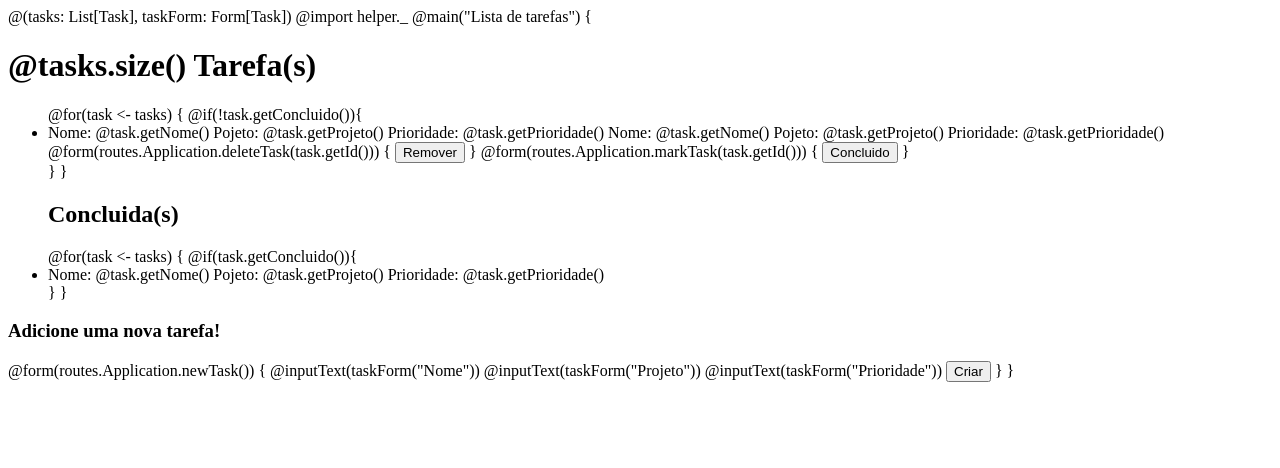
Repository: lcavalcante/si1
Page: lab2/.target/views/index.scala.html
These files come from the project's save history. The page is drawn as it stood at one moment and after the next save; the edit follows.
The browser window is 1280 px wide. The pictures show the whole page.

Above is the page before, as saved 2013-11-27 00:47:51.

After the next save:
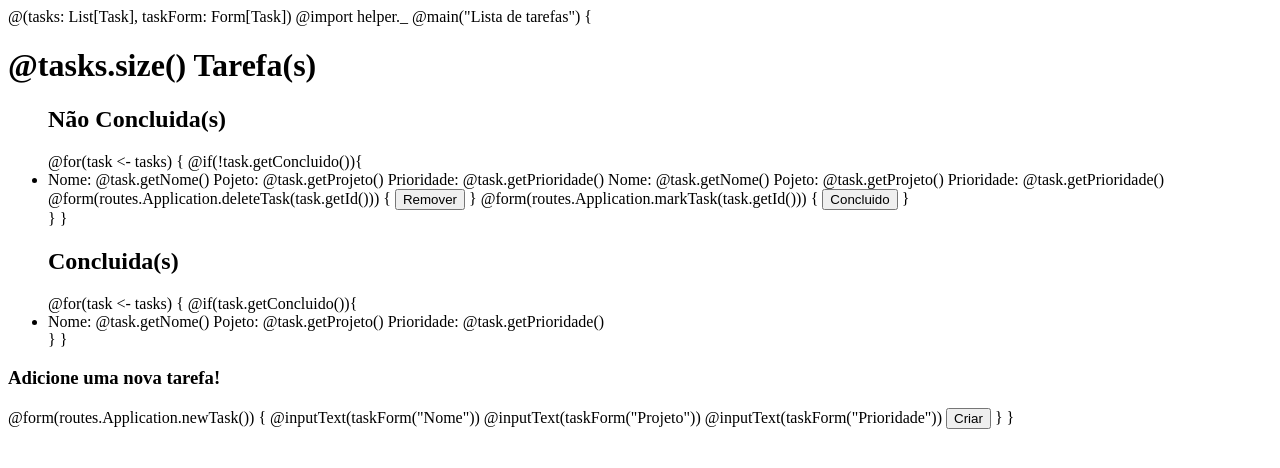
Saved 81 s later.
--- a/lab2/.target/views/index.scala.html
+++ b/lab2/.target/views/index.scala.html
@@ -7,6 +7,7 @@
     <h1>@tasks.size() Tarefa(s)</h1>
 
     <ul>
+        <h2>Não Concluida(s)</h2>
         @for(task <- tasks) {
 
                 @if(!task.getConcluido()){
